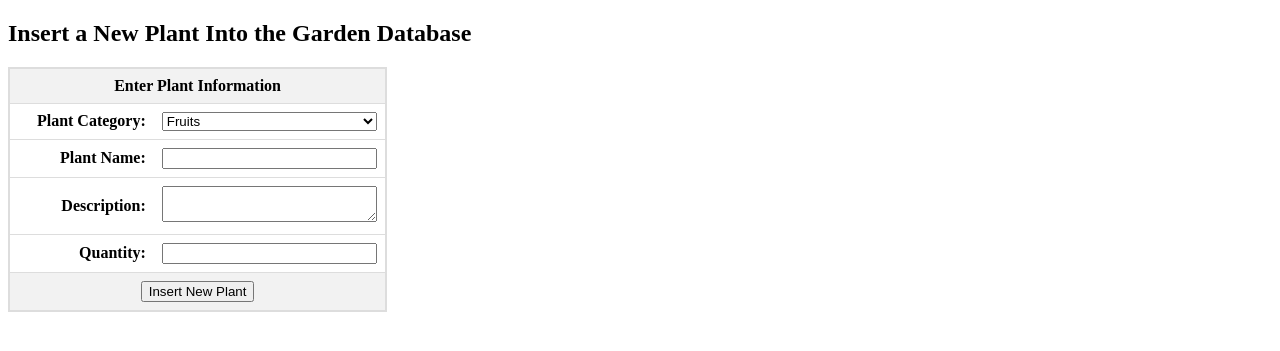
Repository: bkyncl/csd-430
Page: http://localhost/kyncl_08/form.jsp
The author's editor kept a copy of each file at every save. The page is drawn from the files as they stood at one save, then again after the next save.
The browser window is 1280 px wide. The pictures show the whole page.
The page is served by Tomcat 9. Other server files are loaded and not shown.

Above is the page before, as saved 2023-07-04 08:07:07.

### kyncl_08/src/main/webapp/form.jsp
<%@ page language="java" contentType="text/html; charset=ISO-8859-1"
    pageEncoding="ISO-8859-1"%>
<!DOCTYPE html>
<html>
<head>
<meta charset="ISO-8859-1">
<title>Insert Records Form</title>
<style>
    table {
        border-collapse: collapse;
        width: 30%;
        border: 2px solid #ddd;
    }
    th, td {
        padding: 8px;
        text-align: left;
        border-bottom: 1px solid #ddd;
    }
    th {
        background-color: #f2f2f2;
        text-align: center;
    }
    td.label-cell {
        text-align: right;
        font-weight: bold;
    }
    input[type="text"],
    input[type="number"],
    textarea,
    select {
        width: 100%;
        box-sizing: border-box;
    }
    #button-container {
        text-align: center;
        background-color: #f2f2f2;
    }
    #button {
        display: inline-block;
    }
</style>
</head>
<body>
	<h2>Insert a New Plant Into the Garden Database</h2>
	<form action="<%=request.getContextPath()%>/plants?action=insert" method="POST">
    <table>
        <tr>
            <th colspan="3">Enter Plant Information</th>
        </tr>
        <tr>
            <td class="label-cell">
                <label for="categoryId">Plant Category:</label>
            </td>
            <td colspan="2">
                <select name="categoryId" id="category">
                    <option value="1">Fruits</option>
                    <option value="2">Vegetables</option>
                    <option value="3">Herbs</option>
                </select>
            </td>
        </tr>
        <tr>
            <td class="label-cell">
                <label for="name">Plant Name:</label>
            </td>
            <td colspan="2">
                <input type="text" name="plantName" id="name" required maxlength="50">
            </td>
        </tr>
        <tr>
            <td class="label-cell">
                <label for="description">Description:</label>
            </td>
            <td colspan="2">
                <textarea name=plantDescription id="description" maxlength="200"></textarea>
            </td>
        </tr>
        <tr>
            <td class="label-cell">
                <label for="quantity">Quantity:</label>
            </td>
            <td colspan="2">
                <input type="number" name="quantity" id="quantity" required pattern="[0-9]+">
            </td>
        </tr>
        <tr>
            <td colspan="3" id="button-container">
                <input id="button" type="submit" value="Insert New Plant">
            </td>
        </tr>
    </table>
</form>

</body>
</html>

After the next save:
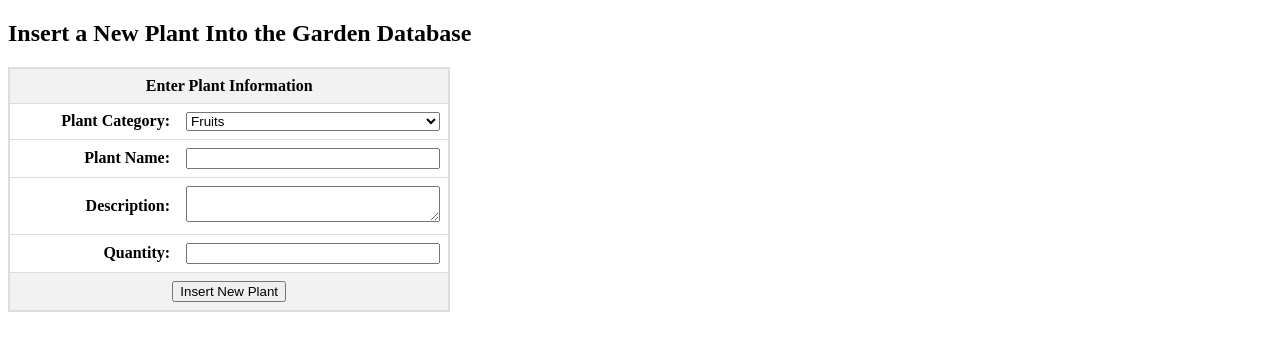
Saved 19 s later.
--- a/kyncl_08/src/main/webapp/form.jsp
+++ b/kyncl_08/src/main/webapp/form.jsp
@@ -8,7 +8,7 @@
 <style>
     table {
         border-collapse: collapse;
-        width: 30%;
+        width: 35%;
         border: 2px solid #ddd;
     }
     th, td {
